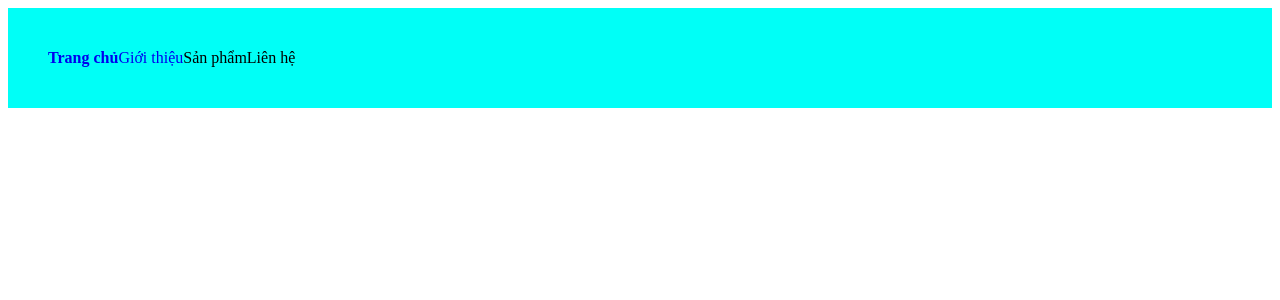
Repository: Tan-Khang21/TH_TKW--Buoi_03
Page: BT_ve_nha/Bai_1/nav.html
These files come from the project's save history. The page is drawn as it stood at one moment and after the next save; the edit follows.
The browser window is 1280 px wide. The pictures show the whole page.

Above is the page before, as saved 2024-02-28 19:27:46.

After the next save:
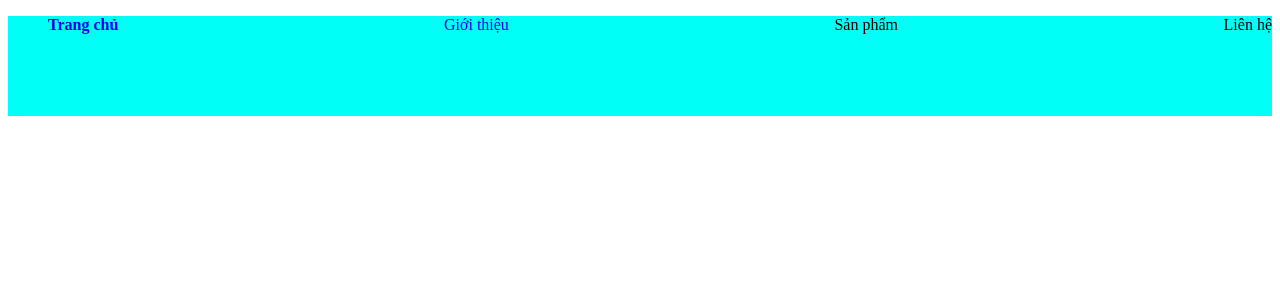
Saved 27 s later.
--- a/BT_ve_nha/Bai_1/nav.html
+++ b/BT_ve_nha/Bai_1/nav.html
@@ -6,8 +6,8 @@
     <title>Document</title>
   </head>
   <body>
-    <div style="background-color: #00fff7; width: 100%; height: 100px; display: flex; justify-content: space-between;">
-      <ul type="none" style="display: flex; align-items: center;">
+    <div style="background-color: #00fff7; width: 100%; height: 100px; ">
+      <ul type="none" style="display: flex; justify-content: space-between; align-items: center;">
         <li><a href="#" style="text-decoration: none; font-weight: bold;">Trang chủ</a></li>
         <li><a href="#" style="text-decoration: none;">Giới thiệu</a></li>
         <li>Sản phẩm</li>
